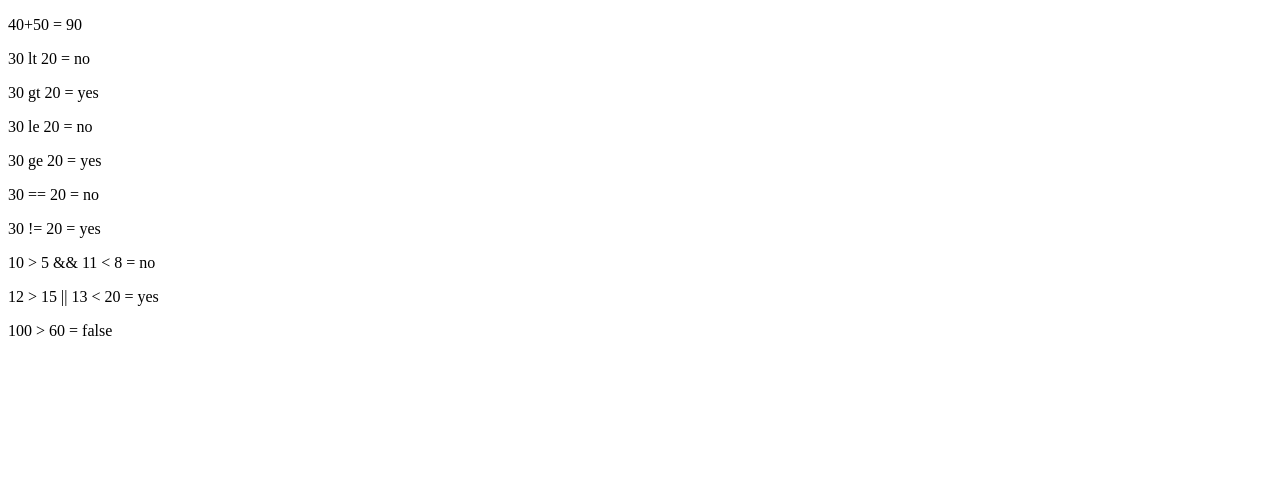
Repository: ZawMinKhantOrLeon/JavaEEWS
Page: http://localhost/jsp_servlet/jsp-el.jsp
The author's editor kept a copy of each file at every save. The page is drawn from the files as they stood at one save, then again after the next save.
The browser window is 1280 px wide. The pictures show the whole page.
The page is served by Tomcat 10.

Above is the page before, as saved 2024-02-19 08:11:15.

After the next save:
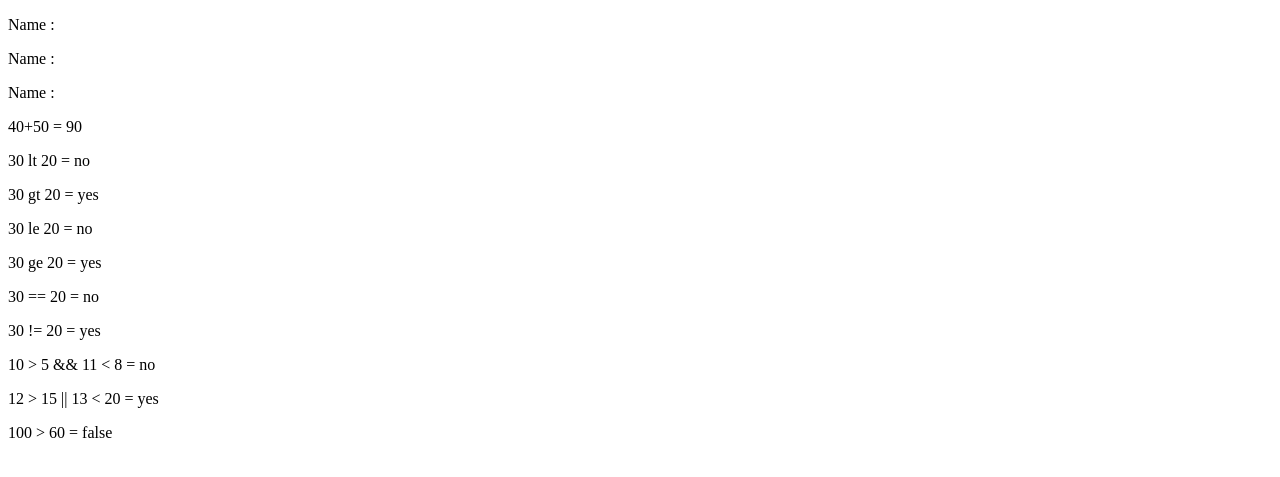
Saved 90 s later.
--- a/jsp_servlet/src/main/webapp/jsp-el.jsp
+++ b/jsp_servlet/src/main/webapp/jsp-el.jsp
@@ -13,7 +13,11 @@
 		Person MgMg = new Person();
 	    pageContext.setAttribute("mgmg", MgMg);
 
+
 	%>
+	<p> Name : ${mgmg.name } </p>
+	<p> Name : ${mgmg.age } </p>
+	<p> Name : ${mgmg.height } </p>
 	<p> 40+50 = ${40+50} </p>
 	<p> 30 lt 20 = ${ 30 lt 20  ? "yes" : "no"} </p>
 	<p> 30 gt 20 = ${ 30 gt 20  ? "yes" : "no"} </p>
